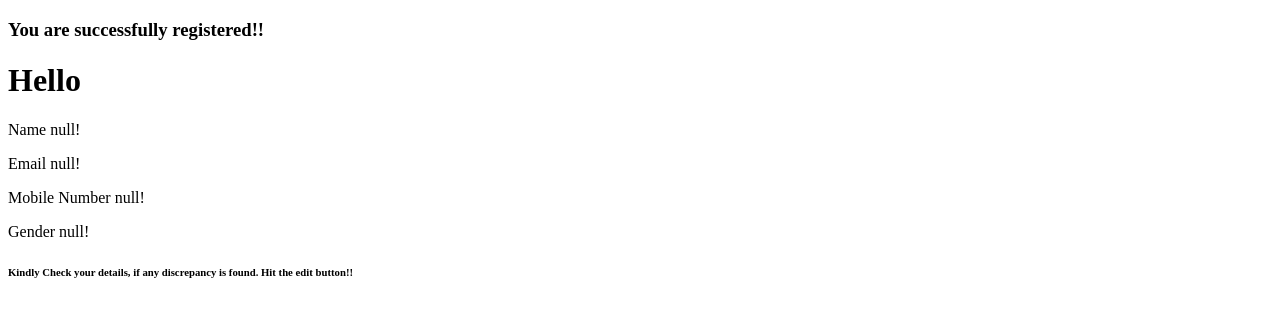
Repository: SimSri-ExtraMarks/FormHandling
Page: http://localhost/success
The author's editor kept a copy of each file at every save. The page is drawn from the files as they stood at one save, then again after a run of saves.
The browser window is 1280 px wide. The pictures show the whole page.
The page is this project's Thymeleaf template; nobody is signed in. The template is opened directly, without the code that normally fills it, so the values that code supplies are empty.

Above is the page before, as saved 2021-06-27 07:03:11.

### formHandling/src/main/resources/templates/success.html
<!doctype html>
<html lang="en">
<head>
<meta charset="UTF-8" />
<title>Second Page</title>
</head>
<body>
<h3>You are successfully registered!!</h3>
<h1>Hello</h1>
<p th:text="'Name ' + ${data.name} + '!'"/>
 <p th:text="'Email ' + ${data.email} + '!'"/>
 <p th:text="'Mobile Number ' + ${data.mobilenumber} + '!'"/>
 <p th:text="'Gender ' + ${data.gender} + '!'"/>
<h6>Kindly Check your details, if any discrepancy is found. Hit the edit button!!</h6>

After the next 3 saves:
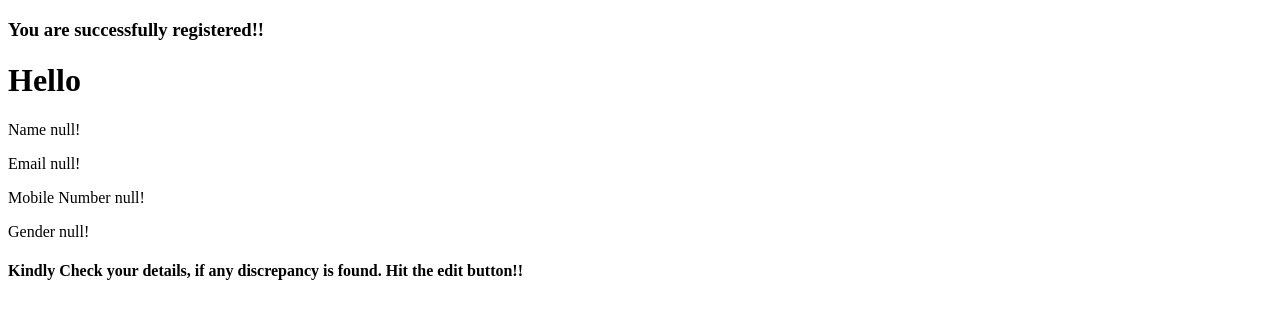
The 3 saves are shown as one change because 2 did not build or start.
The last was saved 6 min 2 s later.
--- a/formHandling/src/main/resources/templates/success.html
+++ b/formHandling/src/main/resources/templates/success.html
@@ -7,8 +7,9 @@
 <body>
 <h3>You are successfully registered!!</h3>
 <h1>Hello</h1>
+
 <p th:text="'Name ' + ${data.name} + '!'"/>
  <p th:text="'Email ' + ${data.email} + '!'"/>
  <p th:text="'Mobile Number ' + ${data.mobilenumber} + '!'"/>
  <p th:text="'Gender ' + ${data.gender} + '!'"/>
-<h6>Kindly Check your details, if any discrepancy is found. Hit the edit button!!</h6>
+<h4>Kindly Check your details, if any discrepancy is found. Hit the edit button!!</h4>
